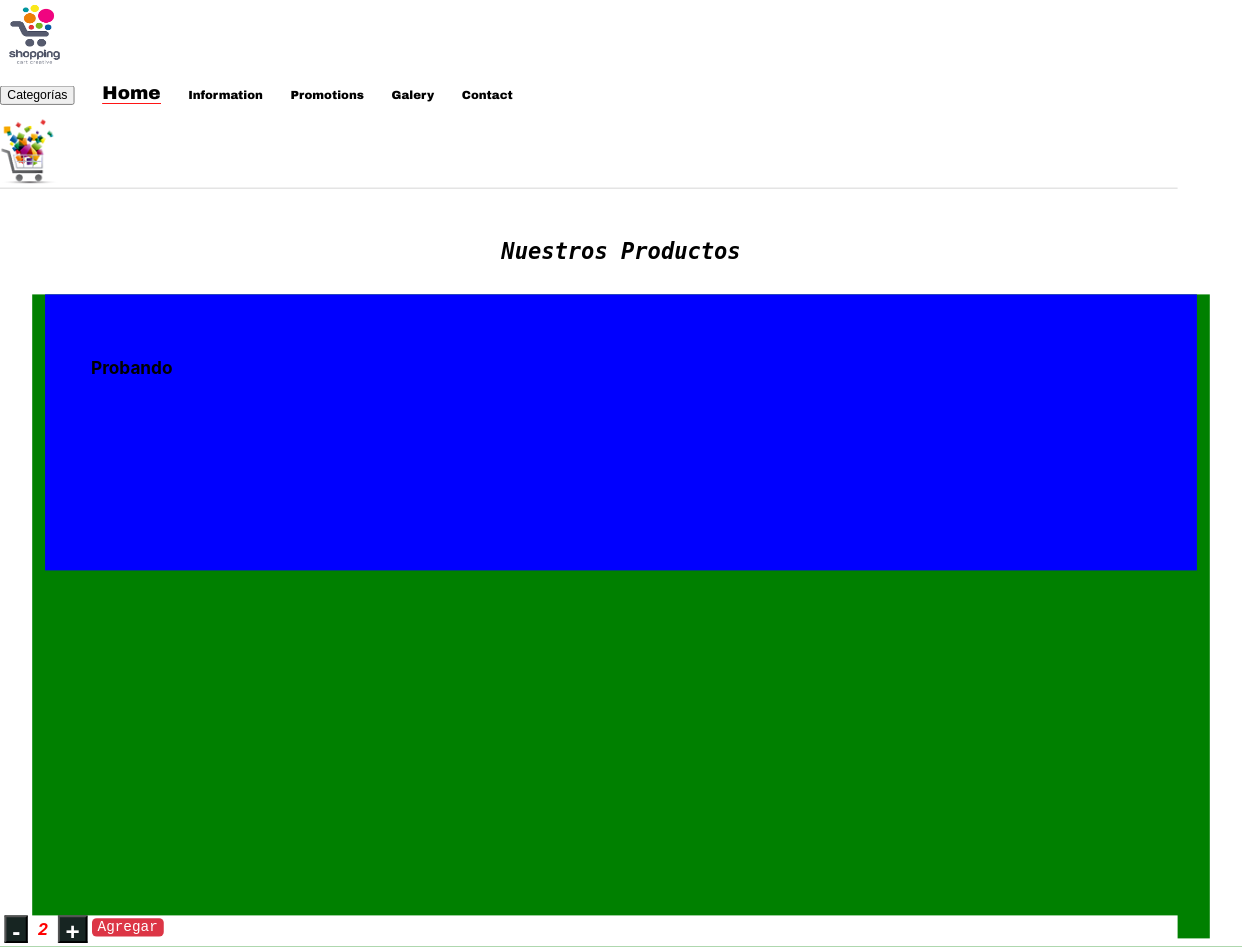
Repository: gustavomanuelquintana/CoderRepository
Page: / (app in cards-commers/)
An editor plug-in stored every save of this project. The page is shown before and after the next save, followed by the edit.
The browser window is 1280 px wide. The page is 1350 px wide, so the pictures cover 1350 px, including what lies to the right of the window. The pictures show the whole page, at 92% of full size.
The project was rebuilt for these pictures with package versions that can differ from the ones it lists, and the page was loaded fresh each time.

Above is the page before, as saved 2020-10-31 14:06:01.

### cards-commers/src/App.js
import React from "react";
import NavBar from "./Components/NavBar/NavBar";
import ItemListContainer from "./Components/ItemListContainer/ItemListContainer";
import ItemCount from "./Components/ItemCount/ItemCount";

function App() {
  let stock= 14;
  const handleAdd = (counter) => {
    return ({stock}) => {
      if (stock <=0){
        alert('No hay stock')
      }else {
        alert(`Se van agregar ${counter} articulos`)
      }
    }
  }

  return (
    <div className="App">
        <NavBar />
        <ItemListContainer titulo='Nuestros Productos'/>
        <ItemCount onAdd={handleAdd}  stock={stock} initial={2} />
    </div>
  );
}

export default App;

### cards-commers/src/Components/NavBar/NavBar.js
import React from "react";
import ImageNavBar from "../../Images/cards-logo.png";
import CartWidget from "../CartWidget/CartWidget";
import Dropdown from "react-bootstrap/Dropdown";
import "./NavBar.css";

const styleFont = {
  fontSize: 20,
  borderBottom: "1px solid red",
};

function NavBar() {
  return (
    <div className=" col-12">
      <div className="header-navBar col-12">
        <div className="row col-12">
          <div className="Logo-navBar col-1">
            <a href="index.html">
            <img src={ImageNavBar} alt="logo" width="75" height="70" />
            </a>
          </div>
          <div className="Links-navBar col-10 mt-3">
            <ul className="List-navBar">
              <li>
                <Dropdown>
                  <Dropdown.Toggle  variant="danger" id="dropdown-basic">
                    Categorías
                  </Dropdown.Toggle>

                  <Dropdown.Menu>
                    <Dropdown.Item   href="#/action-1">
                      Deportes / Fitness
                    </Dropdown.Item>
                    <Dropdown.Item href="#/action-2">
                      Hogar / Electrodomésticos
                    </Dropdown.Item>
                    <Dropdown.Item href="#/action-3">Vehículos</Dropdown.Item>
                  </Dropdown.Menu>
                </Dropdown>
              </li>
              <li>
                <a style={styleFont} href="#">
                  Home
                </a>
              </li>
              <li>
                <a href="#">Information</a>
              </li>
              <li>
                <a href="#">Promotions </a>
              </li>
              <li>
                <a href="#">Galery</a>
              </li>
              <li>
                <a href="#">Contact</a>
              </li>
            </ul>
          </div>
          <div className="carrito-navBar col-1">
            <CartWidget />
          </div>
        </div>
      </div>
    </div>
  );
}

export default NavBar;

### cards-commers/src/Components/ItemListContainer/ItemListContainer.js
import React, {useState, useEffect} from 'react';
import './ItemListContainer.css';
import ItemList from './ItemList/ItemList';

const getList = () => {
    return new Promise( (res) => {
        let products;
        res(
            products = ["nike", "Airmax", "Running fast"]
        )
    });
}


function ItemListContainer({titulo}){
    const [itemList, setItemList] = useState([]);

    // Use effect
    useEffect( () => {
        getList().then( mercaderia => {
           setItemList(mercaderia);
        });
    },[]); // End useEffect

    return (
        <div className="container">
            <h2>{titulo}</h2>
        <ItemList items={itemList} />
        </div>
    );
}



export default ItemListContainer;

### cards-commers/src/Components/ItemCount/ItemCount.js
import React, {useState} from 'react';
import ButtonsCount from './ButtonsCount/ButtonsCount';
import ViewCount from './ViewCount/ViewCount';
import AgregarCount from './AgregarCount/AgregarCount';


    const styleContain={
        backgroundColor:"white",
        display:"flex",
    }
    const styleBox = {
        color:"red",
        fontWeight:"bold",
        fontSize:"1.1em",
        lineHeight:"18px",
        display:"flex",
        justifyContent:"center",
        width:"100px",
        height:"30px",
    }
    const boxAdd ={
        fontWeight: "bold",
        fontSize: "1em",
        color: "red",
    }
    export default function ItemCount({onAdd,stock,initial}) {
        let [counter, counterState] = useState(initial);

    const onClickButton = (amount) => {
        return () => {
            let total = (amount < 0) ? 0 : amount;
            let limiter = (total > stock) ? stock: total;
            counterState(limiter);

        }
    }

    let props = {counter, counterState}

    return (
        <div className="section-car" style={styleContain}>
        <div className="box-count" style={styleBox}>
            <ButtonsCount suma={false} onClick={onClickButton} {...props} />
             <ViewCount value={counter}/>
             <ButtonsCount suma={true} onClick={onClickButton}  {...props}/>
        </div>

        <div  className="box-add" style={boxAdd}> <AgregarCount onAdd= {onAdd} {...{counter}}/> </div>
        </div>
        );
}

### cards-commers/src/Components/CartWidget/CartWidget.js
import React from 'react';
import ImageCarrito from "../../Images/carrito-img.png";

function CartWidget(){
    return (
        <a href="#">
         <img src={ImageCarrito}/>
        </a>
    )
}

export default CartWidget;

### cards-commers/src/Components/NavBar/NavBar.css
img {
  max-width: 100%;
}
.header-navBar {
  background-color: white;
  display: flex;
  width: 100%;
  border-bottom: 1px solid lightgrey;
}

.Logo-navBar img {
  max-height: 8em;
  max-width: 8em;
}
.Links-navBar ul li {
  display: inline-block;
  margin-right: 35px;
  margin: 0 70px 0 -40px;
}
.Links-navBar ul li a {
  color: black;
  font-family: Arial Black;
  font-size: 0.8em;
  font-weight: bold;
  text-decoration: none;
}

### cards-commers/src/Components/ItemListContainer/ItemListContainer.css
.container{
    width:100%;
    max-height:100vh;
    margin: 0.25 auto;
    padding: 35px;
}
.container h2{
    text-align:center;
    font-family: "monospace";
    font-weight:bold;
    font-style: italic;
}

### cards-commers/src/Components/ItemListContainer/ItemList/ItemList.js
import React, {useState, useEffect} from 'react';
import './ItemList.css';
import Item from '../Item/Item';




function ItemList({items}){
return <div className="itemList">
        <Item />
     </div>
}


export default ItemList;

### cards-commers/src/Components/ItemCount/ButtonsCount/ButtonsCount.js
import React from "react";
const styleButton = {
    fontWeight: "bold",
    fontSize:"1.5em",
    background: "#172522",
    color: "white",
    margin:"0 auto",
    height:"100%",
}

export default function ButtonsCount({suma,onClick,counter,counterState}) {

    let signo = suma ? '+' : '-';

    let amount = suma ? (counter + 1) : (counter - 1);

  return ( <button onClick={onClick(amount)} style={styleButton}>{signo}</button> )
}

### cards-commers/src/Components/ItemCount/ViewCount/ViewCount.js
import React from 'react';

const countnumber = {
    margin:"0.35em auto",
    fontStyle:"italic",

}

export default function ViewCount({value}){

    return(
        <div style={countnumber} className="countNumber">{value}</div>
    )
}

### cards-commers/src/Components/ItemCount/AgregarCount/AgregarCount.js
import React from 'react';

const agregarcount = {
    borderRadius:"5px",
    border:"none",
    margin:"0.2em auto",
    background:"#dc3545",
    color:"white",
    fontFamily:"monospace",
    fontSize:"1.2em",
}
export default function AgregarCount({onAdd, counter}){

    const agregarCount = () =>{};

    return(
        <div>
            <button style={agregarcount} onClick={onAdd(counter)}>Agregar</button>
        </div>
    )
}

### cards-commers/src/Components/ItemListContainer/ItemList/ItemList.css
.itemList{
    width:100%;
    height:700px;
    background-color:green;
    margin:2em auto;
}

### cards-commers/src/Components/ItemListContainer/Item/Item.js
import React from 'react';
import './Item.css'

function Item(){
    return <div className="Item">
        <h3>Probando</h3>
    </div>

}

export default Item;

### cards-commers/src/Components/ItemListContainer/Item/Item.css
.Item{
    background-color: blue;
    padding:50px;
    margin:0.25em auto;
    width:90%;
    height:200px;
}

Loaded but not shown: cards-commers/public/index.html (common file); cards-commers/src/index.js (common file); cards-commers/src/index.css (common file); cards-commers/src/serviceWorker.js (common file)

After the next save:
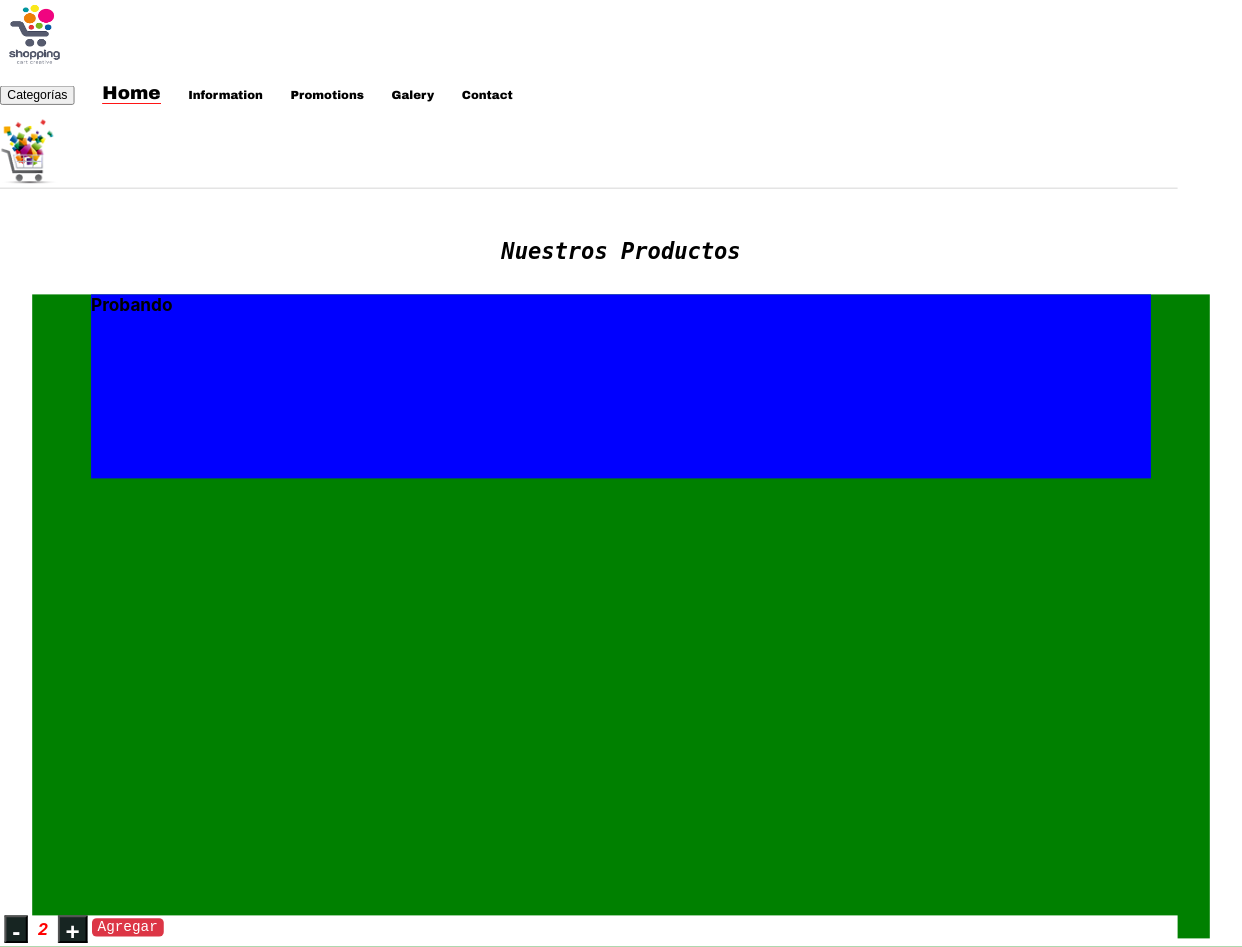
Saved 7 s later.
--- a/cards-commers/src/Components/ItemListContainer/Item/Item.css
+++ b/cards-commers/src/Components/ItemListContainer/Item/Item.css
@@ -1,6 +1,5 @@
 .Item{
     background-color: blue;
-    padding:50px;
     margin:0.25em auto;
     width:90%;
     height:200px;
